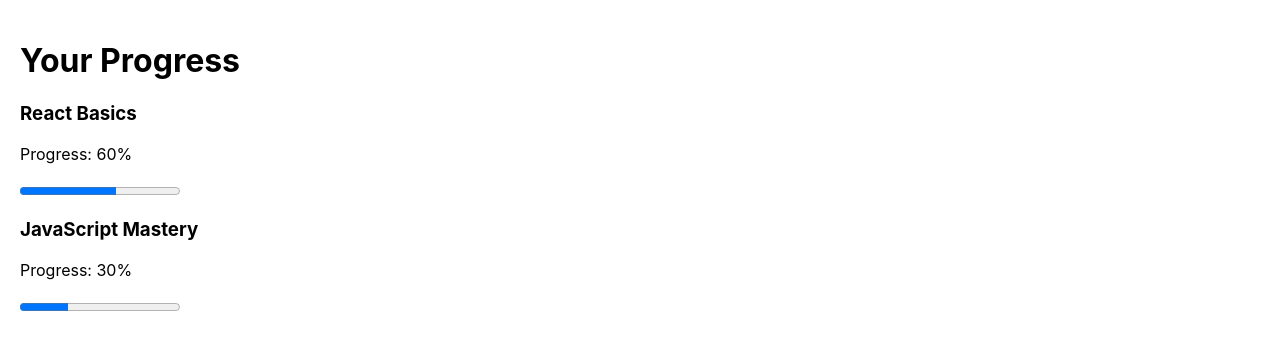
Repository: sashwanth-7/coursera-clone
Page: /dashboard
The author's editor kept a copy of each file at every save. The page is drawn from the files as they stood at one save, then again after the next save.
The browser window is 1280 px wide. The pictures show the whole page.
The project was rebuilt for these pictures with package versions that can differ from the ones it lists, and the page was loaded fresh each time. Also part of the build but not shown: src/components/CourseCard.jsx, src/pages/Home.jsx, src/pages/CourseDetails.jsx, src/pages/Learning.jsx.

Above is the page before, as saved 2026-03-19 14:41:21.

### src/App.js
import { BrowserRouter, Routes, Route } from "react-router-dom";
import Home from "./pages/Home";
import CourseDetails from "./pages/CourseDetails";
import Learning from "./pages/Learning";
import Dashboard from "./pages/Dashboard";

function App() {
  return (
    <BrowserRouter>
      <Routes>
        <Route path="/" element={<Home />} />
        <Route path="/course/:id" element={<CourseDetails />} />
        <Route path="/learn/:id" element={<Learning />} />
        <Route path="/dashboard" element={<Dashboard />} />
      </Routes>
    </BrowserRouter>
  );
}

export default App;

### src/pages/Dashboard.jsx
function Dashboard() {
  return (
    <div style={{ padding: "20px" }}>
      <h1>Your Progress</h1>

      <div className="card">
        <h3>React Basics</h3>
        <p>Progress: 60%</p>
        <progress value="60" max="100"></progress>
      </div>

      <div className="card">
        <h3>JavaScript Mastery</h3>
        <p>Progress: 30%</p>
        <progress value="30" max="100"></progress>
      </div>
    </div>
  );
}

export default Dashboard;

### src/data/courses.js
const courses = [
  {
    id: 1,
    title: "React Basics",
    description: "Learn React step by step",
    image: "https://source.unsplash.com/400x200/?react",
    progress: 60,
    video: "https://www.youtube.com/embed/dGcsHMXbSOA"
  },
  {
    id: 2,
    title: "JavaScript Mastery",
    description: "Deep dive into JS",
    image: "https://source.unsplash.com/400x200/?javascript",
    progress: 30,
    video: "https://www.youtube.com/embed/hdI2bqOjy3c"
  }
];

export default courses;

Loaded but not shown: public/index.html (common file); src/index.js (common file); src/index.css (common file); src/reportWebVitals.js (common file)

After the next save:
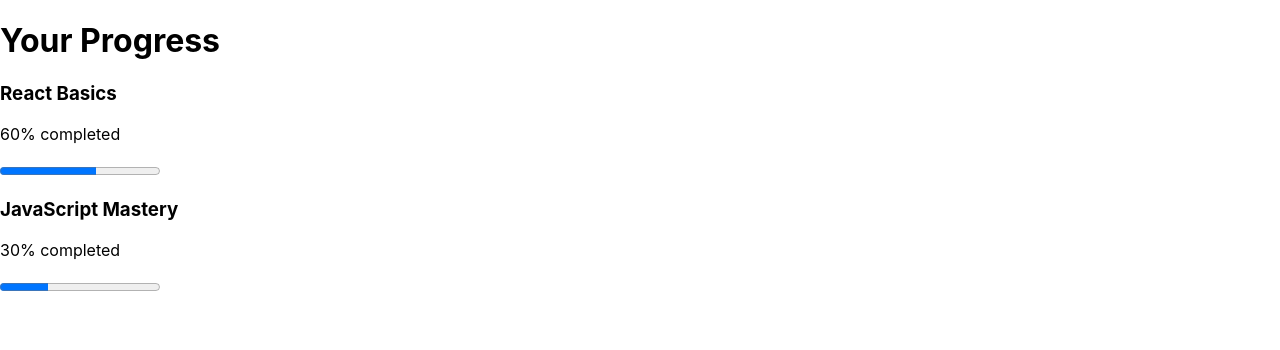
Saved 21 s later.
--- a/src/pages/Dashboard.jsx
+++ b/src/pages/Dashboard.jsx
@@ -1,19 +1,18 @@
+import courses from "../data/courses";
+
 function Dashboard() {
   return (
-    <div style={{ padding: "20px" }}>
+    <div className="container">
       <h1>Your Progress</h1>
 
-      <div className="card">
-        <h3>React Basics</h3>
-        <p>Progress: 60%</p>
-        <progress value="60" max="100"></progress>
-      </div>
+      {courses.map(course => (
+        <div key={course.id} className="progress-card">
+          <h3>{course.title}</h3>
+          <p>{course.progress}% completed</p>
 
-      <div className="card">
-        <h3>JavaScript Mastery</h3>
-        <p>Progress: 30%</p>
-        <progress value="30" max="100"></progress>
-      </div>
+          <progress value={course.progress} max="100"></progress>
+        </div>
+      ))}
     </div>
   );
 }
